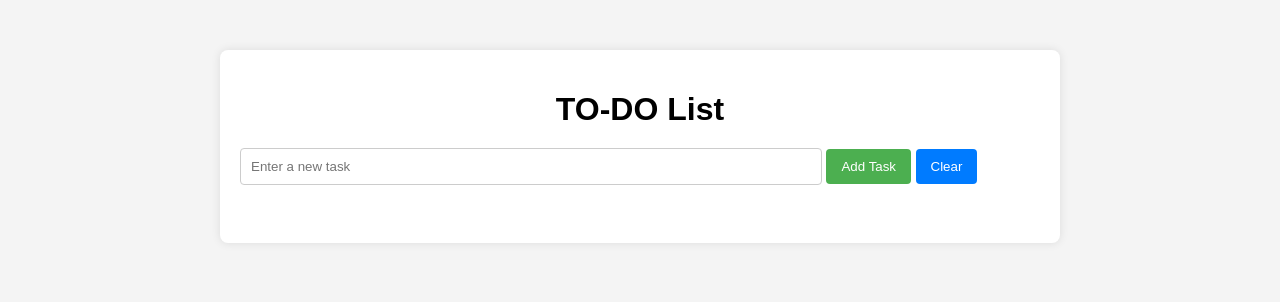
Repository: vpriyankaprabhu/to-do-list
Page: index.html
An editor plug-in stored every save of this project. The page is shown before and after a run of saves, followed by the edit.
The browser window is 1280 px wide. The pictures show the whole page.

Above is the page before, as saved 2025-01-12 16:45:54.

### index.html
<!DOCTYPE html>
<html lang="en">
<head>
    <meta charset="UTF-8">
    <meta name="viewport" content="width=device-width, initial-scale=1.0">
    <title>To-Do List with Timer</title>
    <script src="https://code.jquery.com/jquery-1.12.3.min.js" integrity="sha256-aaODHAgvwQW1bFOGXMeX+pC4PZIPsvn2h1sArYOhgXQ=" crossorigin="anonymous"></script>
    <script src="js/script.js"></script>
    <link rel="stylesheet" href="css/style.css">
</head>
<body>
    <div class="container">
        <h1>TO-DO List </h1>

        <!-- Task Input -->
        <div>
            <input type="text" id="task-input" placeholder="Enter a new task" />
            <button id="add-task">Add Task</button>
            <button id="clear-task">Clear</button>
        </div>
        <br/>

        <!-- Timer Display -->
        <div id="timer-display" class="hidden">
            <span id="timer">00:00</span>
            <button id="start-timer">Start Timer</button>
            <button id="stop-timer">Stop Timer</button>
            <button id="reset-timer">Reset Timer</button>
        </div>

        <!-- Task List -->
        <ul id="task-list">
        </ul>
    </div>
</body>
</html>

### js/script.js
$(function () {
    var timerInterval;
    var time = 0; // in seconds
    var isTimerRunning = false;

    if ($('#task-list li').length === 0) {
        $('#timer-display').hide();
    } else {
        $('#timer-display').show();
    }

    $('#add-task').click(function() {
        const taskText = $('#task-input').val();
        if (taskText !== "") {
            const taskItem = $('<li class="task-item"></li>');
            taskItem.text(taskText+"  ");
            const deleteButton = $('<button class="delete-task">Delete</button><br/>');
            taskItem.append(deleteButton);
            $('#task-list').append(taskItem);

            // Add delete functionality
            deleteButton.click(function() {
                taskItem.remove();
            });

            // Show timer when the first task is added
            console.log($('#task-list li').length);
            if ($('#task-list li').length === 1) {
                $('#timer-display').removeClass('hidden');
            }

            // Clear the input field
            $('#task-input').val('');
        }
    });

    $('#clear-task').click(function() {
        // Clear the input field
        $('#task-input').val('');
    });

    $('#start-timer').click(function() {
        if (!isTimerRunning) {
            isTimerRunning = true;
            timerInterval = setInterval(function() {
                time++;
                const minutes = Math.floor(time / 60);
                const seconds = time % 60;
                $('#timer').text(`${String(minutes).padStart(2, '0')}:${String(seconds).padStart(2, '0')}`);
            }, 1000);
        }
    });

    $('#stop-timer').click(function() {
        if (isTimerRunning) {
            clearInterval(timerInterval);
            isTimerRunning = false;
        }
    });

    $('#reset-timer').click(function() {
        clearInterval(timerInterval);
        isTimerRunning = false;
        time = 0
        $('#timer').text(`${String(0).padStart(2, '0')}:${String(0).padStart(2, '0')}`);
    });
});

### css/style.css
.hidden {
    display: none;
}

body {
    font-family: Arial, sans-serif;
    background-color: #f4f4f4;
    margin: 0;
    padding: 0;
}

.container {
    max-width: 800px;
    margin: 50px auto;
    background-color: white;
    padding: 20px;
    border-radius: 8px;
    box-shadow: 0 0 10px rgba(0, 0, 0, 0.1);
}

h1 {
    text-align: center;
    margin-bottom: 20px;
}

#task-input {
    padding: 10px;
    width: 70%;
    border: 1px solid #ccc;
    border-radius: 4px;
}

#add-task {
    padding: 10px 15px;
    background-color: #4CAF50;
    color: white;
    border: none;
    border-radius: 4px;
    cursor: pointer;
}

#add-task:hover {
    background-color: #45a049;
}

#timer-display {
    margin-top: 20px;
    text-align: center;
}

#timer {
    font-size: 30px;
    margin-right: 10px;
}

button {
    padding: 10px 15px;
    border: none;
    background-color: #007BFF;
    color: white;
    border-radius: 4px;
    cursor: pointer;
}

button:hover {
    background-color: #0056b3;
}

ul {
    list-style-type: none;
    padding: 0;
    margin-top: 20px;
}

li {
    background-color: #efefef;
    padding: 10px;
    margin-bottom: 10px;
    display: flex;
    justify-content: space-between;
    border-radius: 4px;
}

.delete-task {
    background-color: red;
    color: white;
    border: none;
    border-radius: 4px;
    cursor: pointer;
}

.delete-task:hover {
    background-color: #d43f3a;
}

After the next 2 saves:
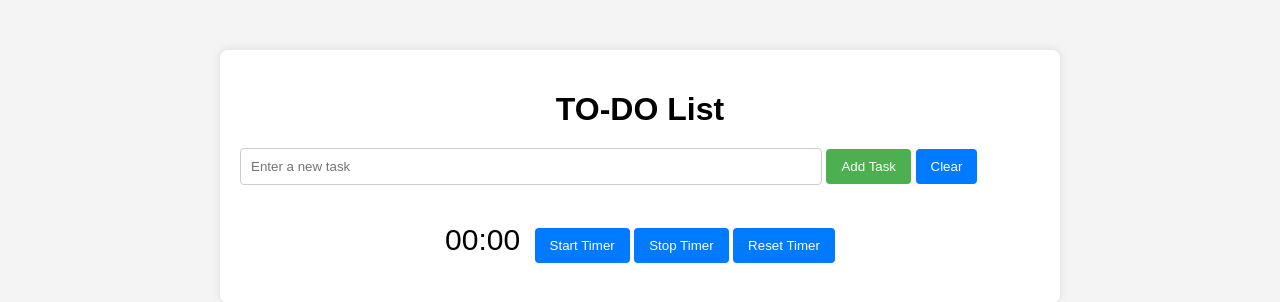
The 2 saves are shown as one change because they came seconds apart.
The last was saved 16 s later.
--- a/js/script.js
+++ b/js/script.js
@@ -3,8 +3,8 @@
     var time = 0; // in seconds
     var isTimerRunning = false;
 
-    if ($('#task-list li').length === 0) {
-        $('#timer-display').hide();
+    if ($('#task-list li').length !== 0) {
+        $('#timer-display').show();
     } else {
         $('#timer-display').show();
     }

After the save that followed:
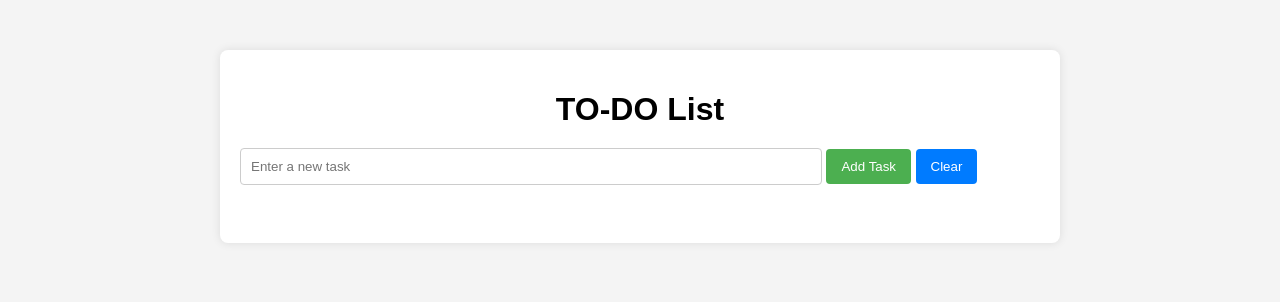
Saved 4 s later.
--- a/js/script.js
+++ b/js/script.js
@@ -6,7 +6,7 @@
     if ($('#task-list li').length !== 0) {
         $('#timer-display').show();
     } else {
-        $('#timer-display').show();
+        $('#timer-display').hide();
     }
 
     $('#add-task').click(function() {
